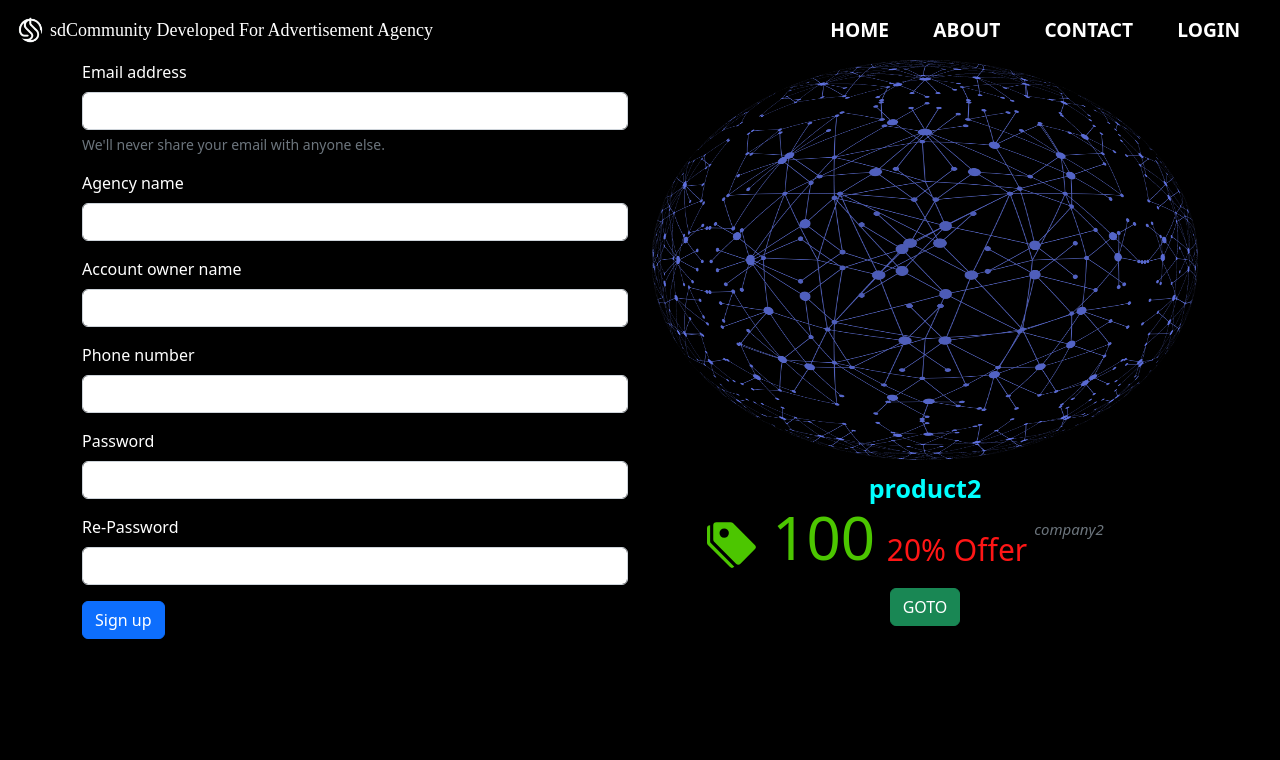
Repository: jaseem1999/sdCommunity
Page: http://localhost/sdCommunity/AdvSign.jsp
The author's editor kept a copy of each file at every save. The page is drawn from the files as they stood at one save, then again after the next save.
The browser window is 1280 px wide. The pictures show the whole page.
The page is served by Tomcat 9.

Above is the page before, as saved 2023-10-17 05:02:53.

After the next save:
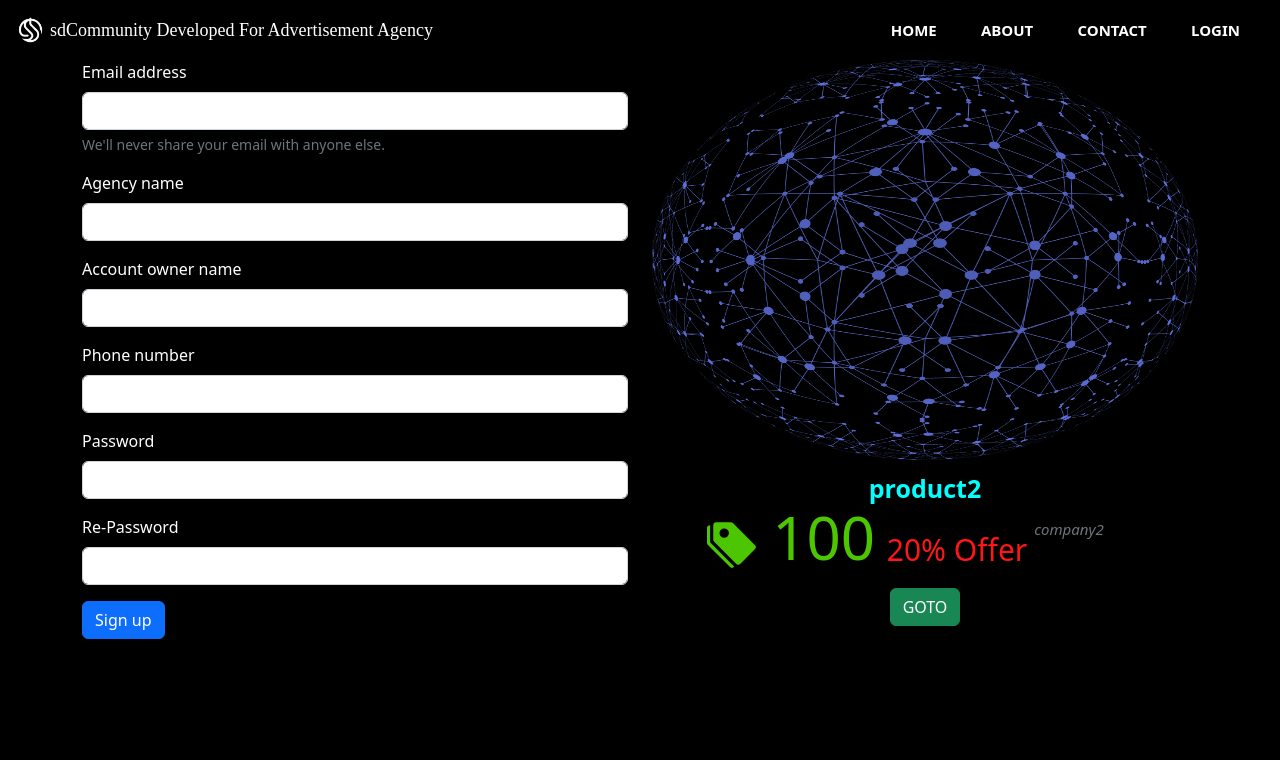
Saved 2 min 10 s later.
--- a/sdCommunity/src/main/webapp/AdvSign.jsp
+++ b/sdCommunity/src/main/webapp/AdvSign.jsp
@@ -15,7 +15,7 @@ body{
 a {
 	 text-decoration: none;
 	 color: white;
-	 font-size: 1.2rem;
+	 font-size: 15px;
 	 font-weight: bold;
 	 text-transform: uppercase;
 }
